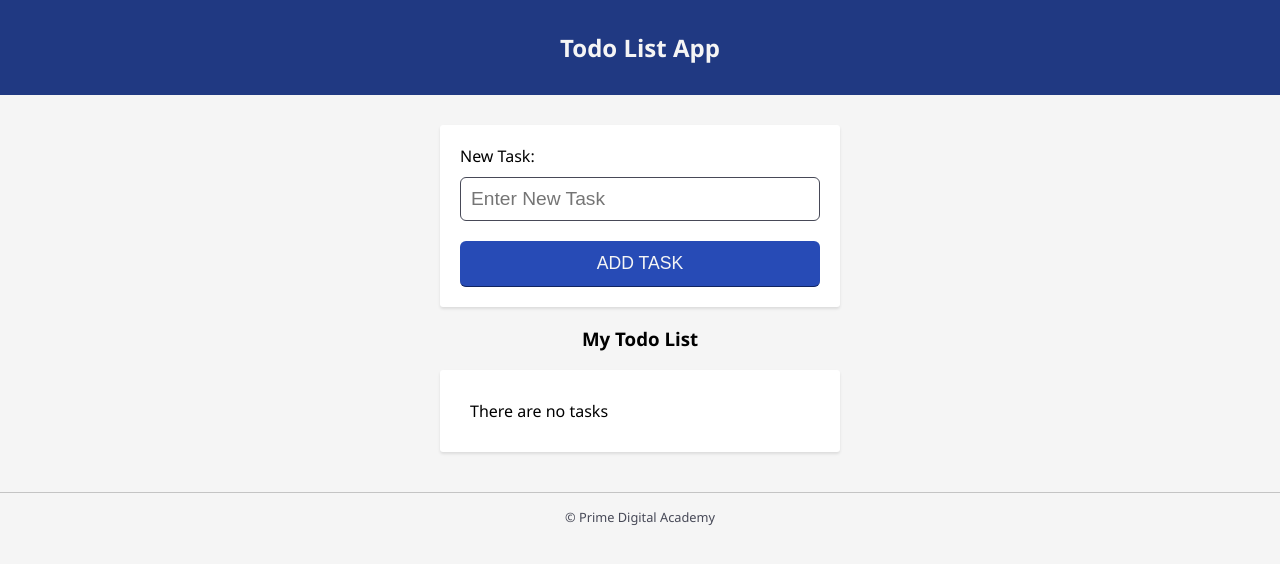
Repository: ryanmgregory/ursus-todo-list
Page: index.html
The author's editor kept a copy of each file at every save. The page is drawn from the files as they stood at one save, then again after the next save.
The browser window is 1280 px wide. The pictures show the whole page.

Above is the page before, as saved 2020-03-20 14:46:20.

### index.html
<!DOCTYPE html>
<html lang="en">
  <head>
    <meta charset="UTF-8" />
    <meta name="viewport" content="width=device-width, initial-scale=1.0" />
    <link rel="stylesheet" href="style.css" />
    <script src="jquery-3.4.1.min.js" type="text/javascript"></script>
    <script src="javascript.js" type="text/javascript"></script>

    <title>Todo List</title>
  </head>
  <body>
    <header class="appBar">
      <h1 class="appBar-title">Todo List App</h1>
    </header>
    <!-- ASSIGNMENT CONTENT GOES BELOW HERE -->

    <!--Input field with "New Task" label.  "Add Task" BTN.  -->
    <div class="panel">
      <form class="js-form-add">
        <label class="fieldLabel">New Task:</label>
        <input
          class="js-input-task inputField"
          type="text"
          placeholder="Enter New Task"
        />
        <button class="btn btn_fullWidth" type="submit">ADD TASK</button>
      </form>
    </div>

    <!-- h3 "My To Do List"  -->
    <h3>My Todo List</h3>
    <!-- <UL> <OL single item: "There are no tasks in it"/>  -->
    <div class="panel">
      <ul class="js-unordered-list stackedList">
        <li class="js-single-item-list">
          There are no tasks
        </li>
      </ul>
    </div>
    <footer class="footer">
      &copy; Prime Digital Academy
    </footer>
  </body>
</html>

### style.css
/* ----------------------------------------
** Element Resets
** ---------------------------------------- */

h3 {
  text-align: center;
}

html,
body {
  margin: 0;
  height: 100%;
  background-color: #f5f5f5;
  font-family: "Segoe UI", Tahoma, Geneva, Verdana, sans-serif;
}

/* ----------------------------------------
** Footer
** ---------------------------------------- */

.footer {
  margin: 40px 0 0;
  padding: 15px 20px;
  border-top: 1px solid rgb(0, 0, 0, 0.2);
  color: #474957;
  text-align: center;
  font-size: 0.8rem;
}

/* ----------------------------------------
** App Bar
** ---------------------------------------- */

.appBar {
  margin: 0 0 30px;
  padding: 15px 20px;
  background-color: #203982;
  color: #f5f5f5;
  text-align: center;
}

.appBar-title {
  font-size: 1.5rem;
}

/* ----------------------------------------
** Panel
** - wrapping element meant to give the look
**   of a raised box
** ---------------------------------------- */

.panel {
  margin: 0 auto;
  padding: 20px;
  max-width: 90%;
  width: 400px;
  box-sizing: border-box;
  background-color: #ffffff;
  border-radius: 3px;
  box-shadow: 0 2px 3px rgb(0, 0, 0, 0.1);
}

.panel + .panel {
  margin-top: 20px;
}

/* ----------------------------------------
** Button
** - interactive element for clickable buttons
** ---------------------------------------- */

.btn {
  padding: 12px 18px;
  box-sizing: border-box;
  border-radius: 6px;
  background: #274bb6;
  border-width: 0;
  border-bottom: 1px solid #102461;
  color: #f5f5f5;
  text-align: center;
  font-size: 1.1rem;
  text-transform: uppercase;
  cursor: pointer;
}

.btn:hover {
  background-color: #102461;
}

.btn:disabled {
  border-width: 0;
  background-color: #b2b6d3;
  cursor: not-allowed;
}

.btn_fullWidth {
  width: 100%;
}

/* ----------------------------------------
** Form Fields
** - styling for both standard input and label
** ---------------------------------------- */

.fieldLabel {
  display: block;
  margin: 0 0 10px;
}

.inputField {
  margin: 0 0 20px;
  padding: 10px;
  width: 100%;
  box-sizing: border-box;
  border-radius: 6px;
  border: 1px solid #474957;
  font-size: 1.2rem;
}

/* ----------------------------------------
** Stacked List
** - meant for the element wrapping a list
**   of items
** ---------------------------------------- */

.stackedList {
  margin: 0;
  padding: 0;
  list-style: none;
}

.stackedList > * {
  display: flex;
  justify-content: space-between;
  align-items: center;
  padding: 10px;
  width: 100%;
  box-sizing: border-box;
}

.stackedList > * + * {
  border-top: 1px solid #75788d;
}

/* ----------------------------------------
** Actions and State
** - utility classes to alter a visual
** ---------------------------------------- */

.isComplete {
  background-color: #a8f0d4;
}

### javascript.js
$(document).ready(init);
// create addTask ready on page load
const todoArray = [];

function init() {
  $(".js-form-add").on("click", ".btn", addTask);
  $(".js-unordered-list").on("click", ".js-btn-complete", toggleBtn);
}

// addTask function to receive task (as object) into array
// create object with name (string) & complete (boolean)
// added prevent default event to stop the page from reloading

function addTask(event) {
  event.preventDefault();
  console.log("in addTask");

  const taskObject = {
    taskName: $(".js-input-task").val(),
    complete: false
  };
  todoArray.push(taskObject);
  console.log("to do array:", todoArray);
  emptyField();
  render();
}

// empty input field after addTask
function emptyField() {
  $(".js-input-task").val("");
}

// Display object from array on <ul> on DOM
// empty array before each push
function render() {
  $(".js-unordered-list").empty();
  for (let i = 0; i < todoArray.length; i++) {
    const individualTask = todoArray[i];
    $(".js-unordered-list").append(`
        <div>
        <li>${individualTask.taskName}<button data-index="1" class="btn js-btn-complete">COMPLETE</button>  </li>
        <div>
        `);
  }
}

// toggle object property of complete (true/false)
function toggleBtn(event) {
  const dataObject = $(this).data();
  console.log("index", dataObject);
  {
    if (todoArray[dataObject.index].complete === true)
      todoArray.splice(dataObject, 1);
  }
}

// $(this).data(${taskObject.complete === true});
// const listIndex = $(this).${(taskObject.complete = true)};

Loaded but not shown: jquery-3.4.1.min.js (library)

After the next save:
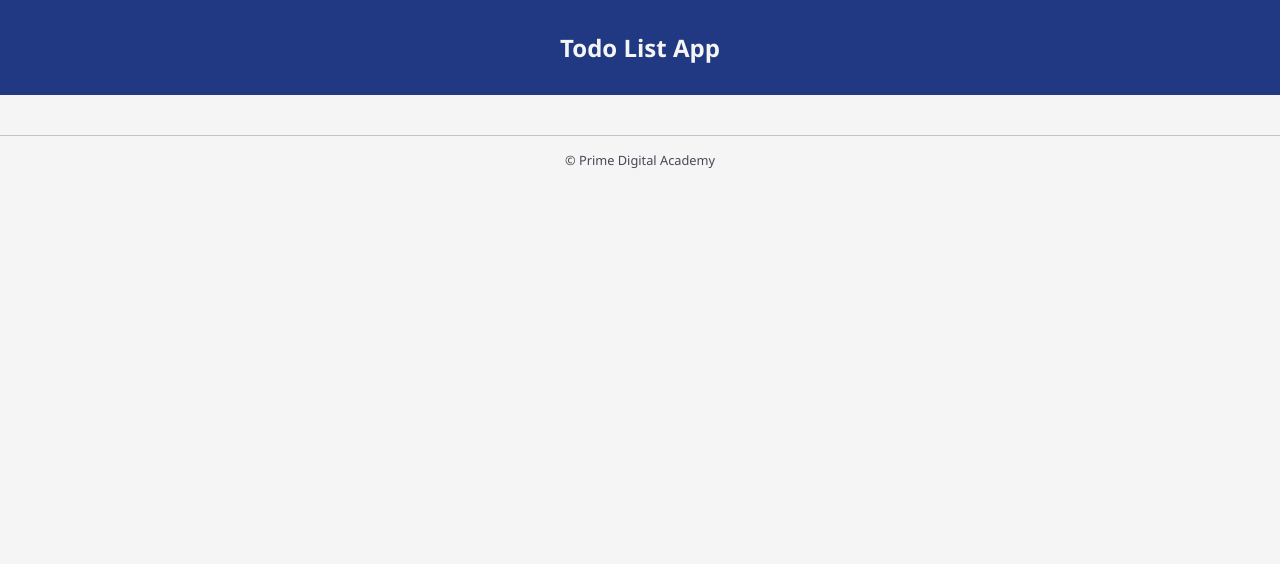
Saved 22 h 35 min later.
--- a/index.html
+++ b/index.html
@@ -15,29 +15,6 @@
     </header>
     <!-- ASSIGNMENT CONTENT GOES BELOW HERE -->
 
-    <!--Input field with "New Task" label.  "Add Task" BTN.  -->
-    <div class="panel">
-      <form class="js-form-add">
-        <label class="fieldLabel">New Task:</label>
-        <input
-          class="js-input-task inputField"
-          type="text"
-          placeholder="Enter New Task"
-        />
-        <button class="btn btn_fullWidth" type="submit">ADD TASK</button>
-      </form>
-    </div>
-
-    <!-- h3 "My To Do List"  -->
-    <h3>My Todo List</h3>
-    <!-- <UL> <OL single item: "There are no tasks in it"/>  -->
-    <div class="panel">
-      <ul class="js-unordered-list stackedList">
-        <li class="js-single-item-list">
-          There are no tasks
-        </li>
-      </ul>
-    </div>
     <footer class="footer">
       &copy; Prime Digital Academy
     </footer>
